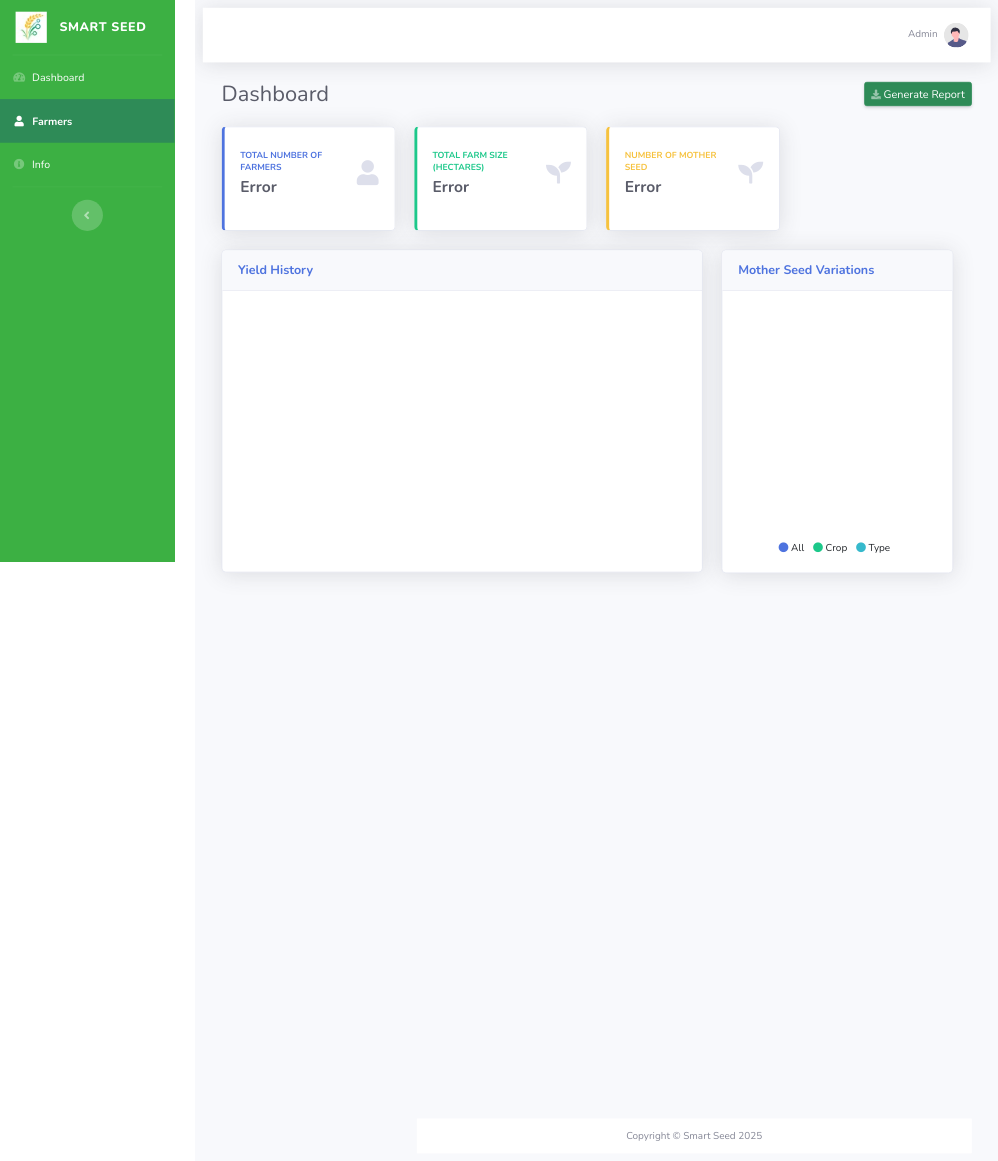
Repository: IFoundGeorge/Smart-Seed-v8-master
Page: src/index.html
These files come from the project's save history. The page is drawn as it stood at one moment and after the next save; the edit follows.
The browser window is 1280 px wide. The pictures show the whole page, at 78% of full size.
The page's requests for data from a server got no answer. Some web libraries are served in a nearby version.

Above is the page before, as saved 2025-03-25 22:24:04.

After the next save:
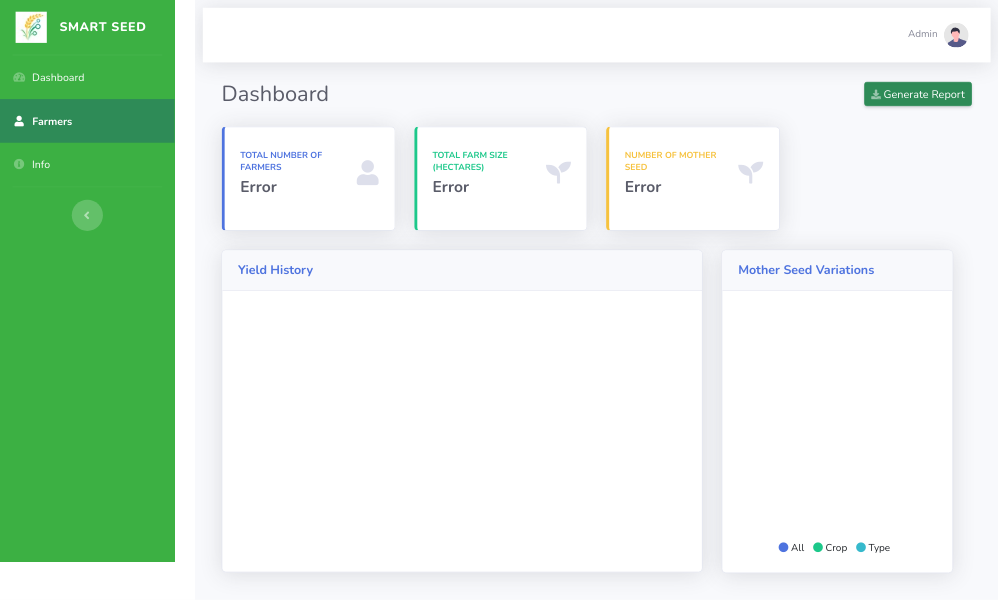
Saved 23 min 1 s later.
--- a/src/index.html
+++ b/src/index.html
@@ -517,25 +517,7 @@
             </div>
             <!-- End of Main Content -->
 
-            <!-- Footer -->
-            <div id="wrapper">
-                <div id="content-wrapper" class="d-flex flex-column">
-                    <div id="content">
-                        <!-- Page content goes here -->
-                    </div>
-                    <footer class="sticky-footer bg-white">
-                        <div class="container my-auto">
-                            <div class="copyright text-center my-auto">
-                                <span>Copyright &copy; Smart Seed 2025</span>
-                            </div>
-                        </div>
-                    </footer>
-                </div>
-            </div>
-            <!-- End of Footer -->
-
-        </div>
-    </div>
+
     <!-- End of Page Wrapper -->
 
     <!-- Scroll to Top Button-->
